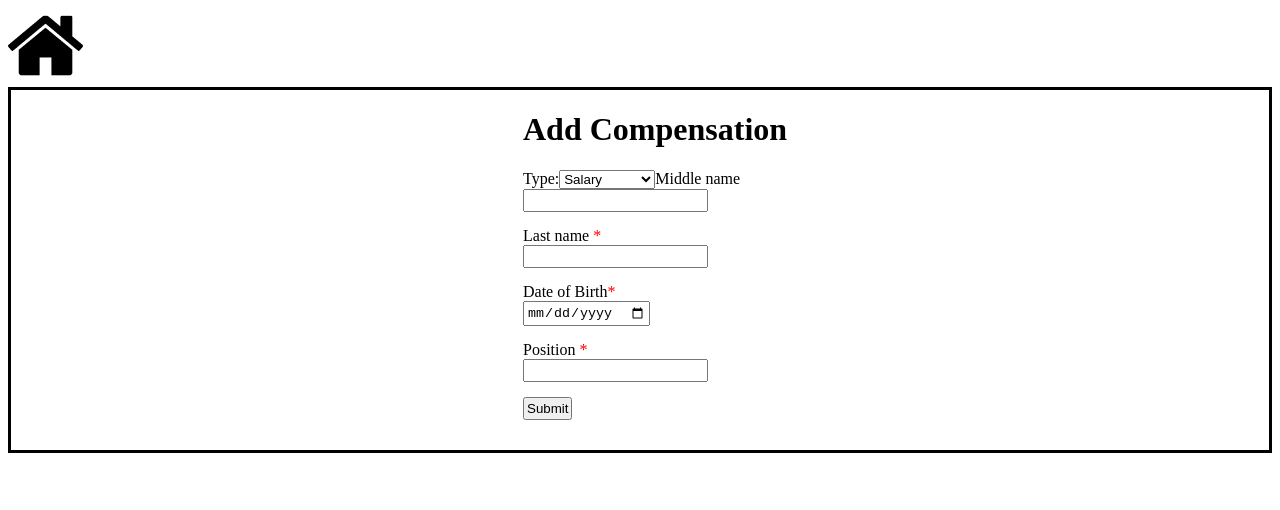
Repository: ticross18/SpringBootEmployeeSystem
Page: EmploymentSystem/src/main/resources/static/addComp.html
These files come from the project's save history. The page is drawn as it stood at one moment and after the next save; the edit follows.
The browser window is 1280 px wide. The pictures show the whole page.

Above is the page before, as saved 2022-05-17 18:25:42.

After the next save:
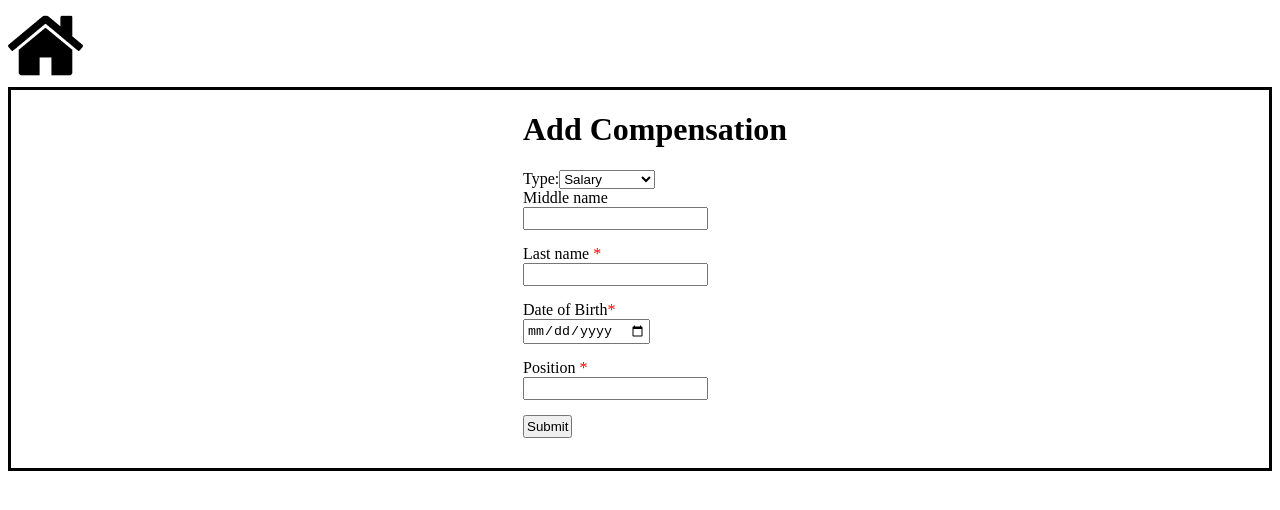
Saved 15 s later.
--- a/EmploymentSystem/src/main/resources/static/addComp.html
+++ b/EmploymentSystem/src/main/resources/static/addComp.html
@@ -22,7 +22,7 @@
 			  <option value="mercedes">Commission</option>
 			  <option value="audi">Allowance</option>
 			  <option value="audi">Adjustment</option>
-			</select>
+			</select><br>
             <label for="mname">Middle name</label><br>
             <input type="text" id="mname" name="mname"><br>
             <label for="lname">Last name <span class="asterisk">*</span> </label><br>
